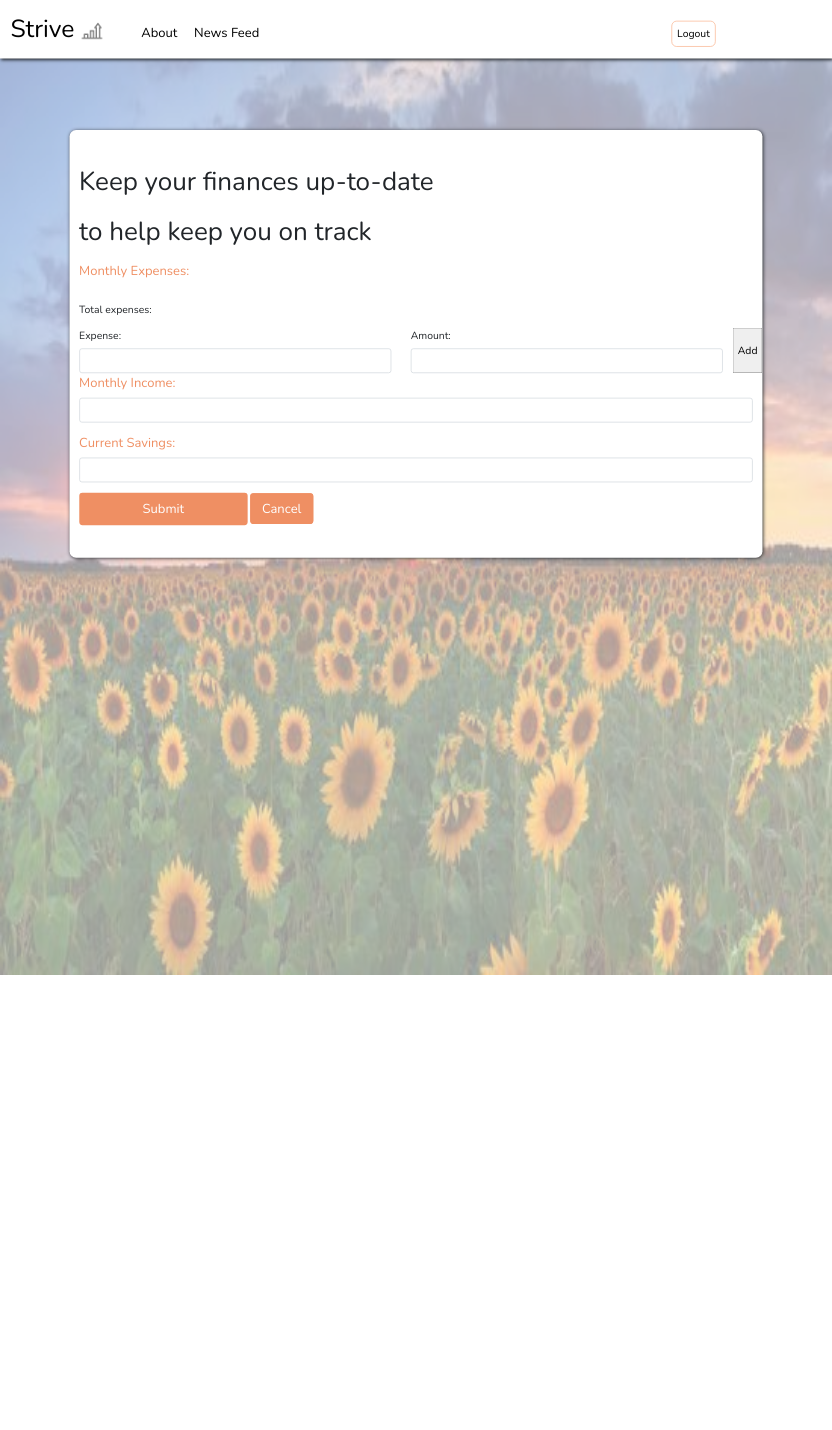
Repository: NoraOK/Strive
Page: http://localhost/strive/WEB-INF/strive/ie.jsp
An editor plug-in stored every save of this project. The page is shown before and after the next save, followed by the edit.
The browser window is 1280 px wide. The pictures show the whole page, at 65% of full size.
The page is served by Tomcat 9. Nobody is signed in. Other server files are loaded and not shown. The template is opened directly, without the code that normally fills it, so the values that code supplies are empty.

Above is the page before, as saved 2019-12-20 18:24:32.

### strive/src/main/webapp/WEB-INF/strive/ie.jsp
<%@ page language="java" contentType="text/html; charset=UTF-8"
	pageEncoding="UTF-8"%>
<%@ taglib prefix="form" uri="http://www.springframework.org/tags/form"%>
<%@ taglib prefix="c" uri="http://java.sun.com/jsp/jstl/core"%>
<%@ taglib prefix = "fmt" uri = "http://java.sun.com/jsp/jstl/fmt" %>

<!DOCTYPE html>

<html>
<head>
<meta charset="UTF-8">
<title>Strive | Personal Finances</title>
	<link rel="stylesheet"
	href="https://stackpath.bootstrapcdn.com/bootstrap/4.3.1/css/bootstrap.min.css"
	integrity="sha384-ggOyR0iXCbMQv3Xipma34MD+dH/1fQ784/j6cY/iJTQUOhcWr7x9JvoRxT2MZw1T"
	crossorigin="anonymous">
	<link href="/css/ie.css" rel="stylesheet" type="text/css" />
	<link href="https://fonts.googleapis.com/css?family=Nunito:200,400,700&display=swap" rel="stylesheet">
</head>
<body>
	<div>
		<jsp:include page="header.jsp"/>
	</div>
	<div class="body">
		<img src="/images/flowers.jpg">
		<div class="container col-10 spotlight">
		<p class="h11">Keep your finances up-to-date</p>
		<p class="h11">to help keep you on track</p>
		<p class="label">Monthly Expenses:</p>
		<table class="table col-4">
			<tbody>

				<c:forEach items="${user.user_expenses}" var="userExpense">
					<tr>
					<td><c:out value="${userExpense.name}"/></td>
					<td><fmt:formatNumber value="${userExpense.amount}" type="currency"/></td>
					<td>
						<form action="/deleteUserExpense/${userExpense.id}" method="post">
							<input type="hidden" name="_method" value="delete">
							<input type="submit" value="Delete">
						</form>
					</td>
					</tr>
				</c:forEach>
			</tbody>
		</table>
		<p >Total expenses: <fmt:formatNumber value="${user.totalUserExpense}" type="currency"/></p>
		<form:form action="/addUserExpense" method="post" modelAttribute="userExpense" class="row">
			<form:hidden path="user" value="${user.id}"/>
			<div class="col">
				<form:label path="name" >Expense:</form:label>
				<form:input path="name" type="text" class="form-control"/>
			</div>
			<div class="col">
				<form:label path="amount">Amount:</form:label>
				<form:input path="amount" type="text" class="form-control"/>
			</div>
				<input type="submit" value="Add"/>
		</form:form>
		<form action="/strive/updateFinances" method="post">
			<p>
				<label class="label">Monthly Income: </label>
				<input name="currentIncome" type="number" class="form-control" />
			</p>
			<p>
				<label class="label">Current Savings: </label>
				<input name="currentBalance" type="number" class="form-control" />
			</p>

			<input class="button1 btn-lg col-3" type="submit" value="Submit" />
			<a class="button1 btn-lg" href="/home">Cancel</a>
		</form>
		</div>
	</div>
</body>
</html>

### strive/src/main/webapp/WEB-INF/strive/header.jsp
<%@ page language="java" contentType="text/html; charset=UTF-8"
    pageEncoding="UTF-8"%>
<%@ taglib prefix="c" uri="http://java.sun.com/jsp/jstl/core"%>

<!DOCTYPE html>
<html>
<head>
<meta charset="UTF-8">
<title>Insert title here</title>
	<link rel="stylesheet" href="https://stackpath.bootstrapcdn.com/bootstrap/4.3.1/css/bootstrap.min.css" integrity="sha384-ggOyR0iXCbMQv3Xipma34MD+dH/1fQ784/j6cY/iJTQUOhcWr7x9JvoRxT2MZw1T" crossorigin="anonymous">
	<link href="/css/header.css" rel="stylesheet" type="text/css"/>
	<link href="https://fonts.googleapis.com/css?family=Nunito&display=swap" rel="stylesheet">
</head>
<body>
	<header class="p-3">
		<div class="logo d-inline">
			<a class="d-inline strive" href="/">Strive <img class="header_img" src="/images/icon2.png" alt=""></a>
			<div class="d-inline links pl-5">
				<a class="d-inline link" href="">About</a>
				<a class="d-inline link pl-3" href="/feed">News Feed</a>
				<c:choose>
					<c:when test="${user.goals.size() > 0}">
						<a class="d-inline link pl-3" href="/allGoals">Your Goals</a>
					</c:when>
				</c:choose>
			</div>
		</div>
		<div class="buttons d-inline">
			<a href="/logout" class="logout_button">Logout</a>
		</div>
	</header>
</body>
</html>

### strive/src/main/resources/static/css/ie.css
.body {
	padding-top: 200px;
    position: relative;
    overflow: hidden;
    height: 2200px;
    font-family:'Nunito', sans-serif;

}

.body img {
	background-color: rgba(232,114,17,1.0);
    position: absolute;
    left: 0;
    top: 0;
    width: 100%;
    height: 1500px;
    opacity: 0.4;
}

.spotlight{
	background-color: white;
	border-radius: 10px;
	box-shadow: 1px 1px 6px;
	padding: 50px;
	padding-left: 50px;

}

.h11{
	font-size: 40px;
	font-weight: 200;

}

.label{
	color: #EF8F63;
	font-weight: 500;
	font-size: 20px;
}

.button1{
	border:2px solid #EF8F63 ;
	border-radius: 8px;
	background-color: #EF8F63;
 	padding: 12px 25px;
 	color: white;
 	width: 100%
}

.button1:hover{
	border:2px solid #F9AD86 ;
	border-radius: 8px;
	background-color: #F9AD86;
 	padding: 12px 25px;
 	color: white;
 	width: 100%

}

### strive/src/main/resources/static/css/header.css
header{
	box-shadow: 2px 2px 5px;
	height: 90px;
	z-index: 10;
    position: fixed;
    width: 100%;
    font-family:'Nunito', sans-serif;
    background-color: white;
}
.strive{
	text-decoration: none;
	color: black;
}

.logo{
	font-size: 38px;

}
.header_img{
	background-color: white;
	width: 35px;
	opacity: .5;
}

.button{
	font-size: 17px;
	color: black;
}

.link {
	font-size: 20px;
	color: black;
}

a:link {
  text-decoration: none;
}

a:visited {
  text-decoration: none;
}

a:hover {
  text-decoration: none;
}

.logout_button{
	border: solid 1.5px #F9AD86;
	border-radius: 8px;
	padding:  8px;
	color: black;
}

.logout_button:hover {
	background-color: #F9AD86;
	color: white;
}

.buttons{
	margin-left: 50%;
}

.home_button{
	color: black;
}

After the next save:
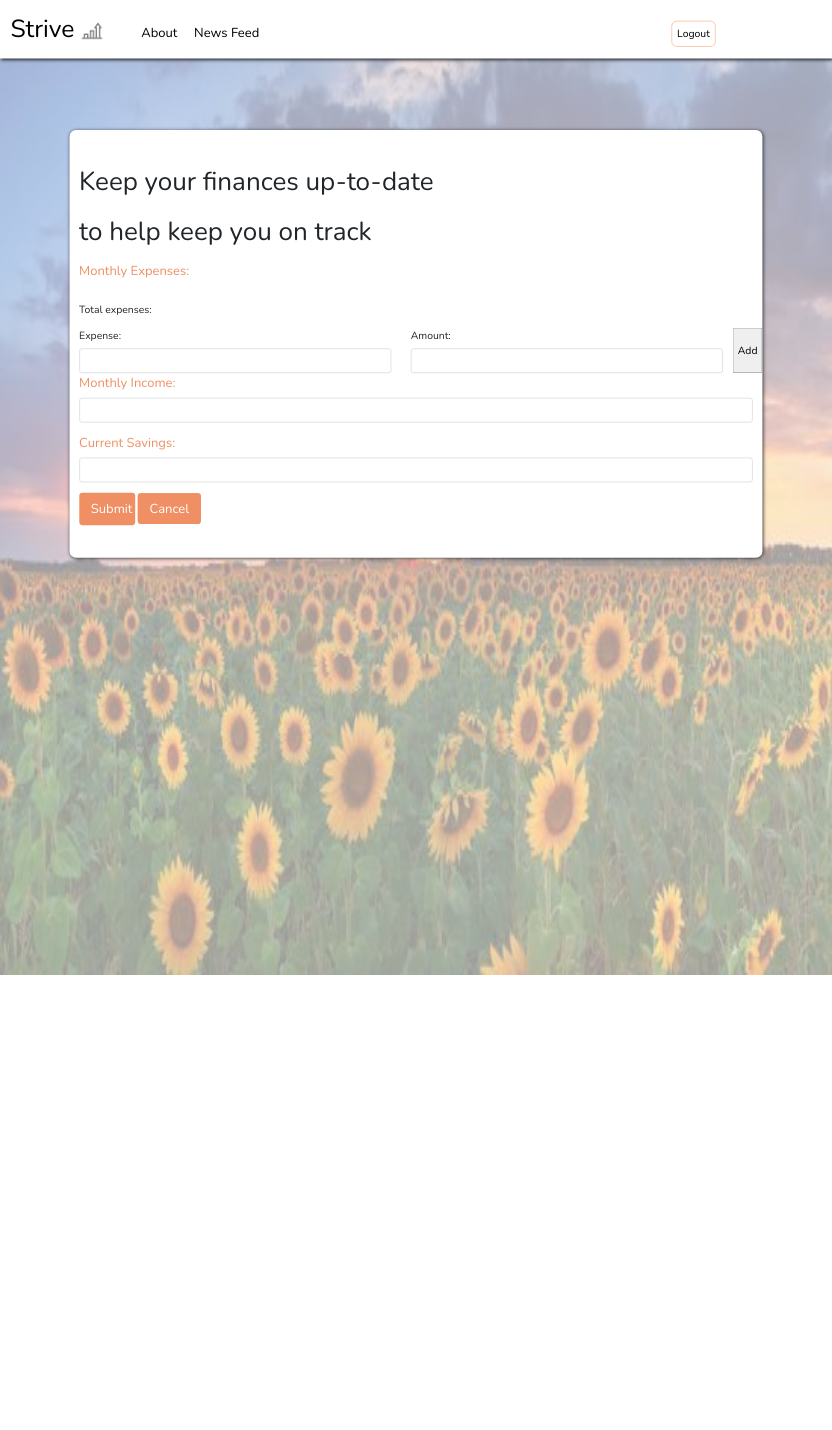
Saved 4 min 9 s later.
--- a/strive/src/main/webapp/WEB-INF/strive/ie.jsp
+++ b/strive/src/main/webapp/WEB-INF/strive/ie.jsp
@@ -67,7 +67,7 @@
 				<input name="currentBalance" type="number" class="form-control" />
 			</p>
 
-			<input class="button1 btn-lg col-3" type="submit" value="Submit" />
+			<input class="button1 btn-lg col-1" type="submit" value="Submit" />
 			<a class="button1 btn-lg" href="/home">Cancel</a>
 		</form>
 		</div>
